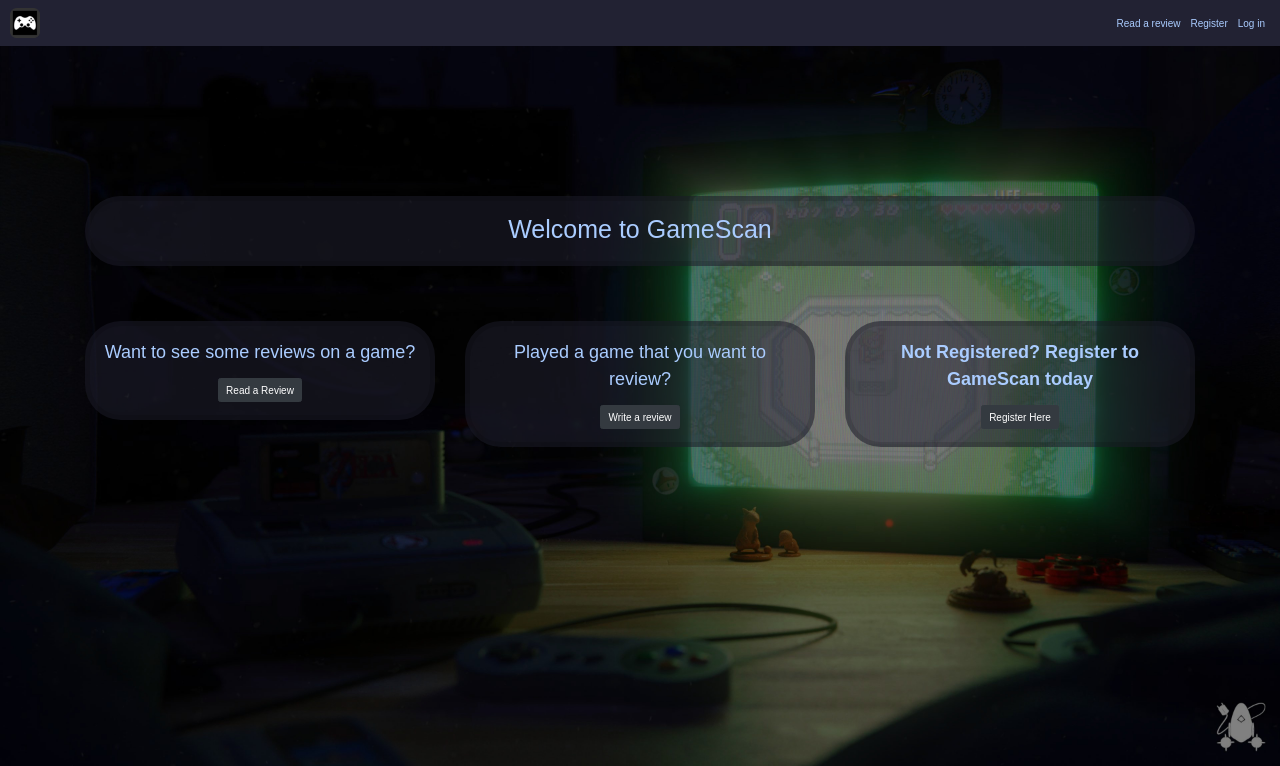
Repository: amit238/milestone-project-3
Page: http://localhost/
The author's editor kept a record of every edit. The page is drawn from the files as they stood at one moment, then again after the next edit.
The browser window is 1280 px wide. The pictures show the whole page.
Some web libraries are served in a nearby version. The page is served by the project's application, run on Flask 3 (app.py). Other server files are loaded and not shown.

Above is the page before.

### templates/index.html
{% extends "base.html" %} {% block nav_index %}active{% endblock %} {% block content %}
<div class="background">
    <div class="container fade-in">
        <div class="row">
            <div class="col-12 homepage">
                <div class="card homepage-card">
                    <div class="card-body">
                        <h1 class="welcome">Welcome to GameScan</h1>
                    </div>
                </div>
            </div>
        </div>
        <div class="row padding-text-align">
            <div class="col-12 col-lg-4">
                <div class="card homepage-card">
                    <div class="card-body">
                        <p>Want to see some reviews on a game?</p>
                        <button href="{{ url_for('reviews') }}" type="button" class="btn btn-dark">Read a Review</button>
                    </div>
                </div>
            </div>
            <div class="col-12 col-lg-4">
                <div class="card homepage-card">
                    <div class="card-body">
                        <p>Played a game that you want to review?</p>
                        <button href="{{ url_for('addreview') }}" type="button" class="btn btn-dark">Write a review </button>
                    </div>
                </div>
            </div>
            <div class="col-12 col-lg-4">
                <div class="card homepage-card">
                    <div class="card-body">
                        <p><strong>Not Registered? Register to GameScan today</strong></p>
                        <button href="{{ url_for('register') }}" type="button" class="btn btn-dark">Register Here</button>
                    </div>
                </div>
            </div>
        </div>
        {% endblock %}

### templates/base.html
<!DOCTYPE html>
<html lang="en">

<head>
  <meta charset="UTF-8">
  <meta name="viewport" content="width=device-width, initial-scale=1.0">
  <meta http-equiv="X-UA-Compatible" content="ie=edge"> {% if title %}
  <title>GameScan - {{ title }} </title>
  {% else %}
  <title>Welcome to GameScan!</title>
  {% endif %}
  <link rel="stylesheet" href="https://maxcdn.bootstrapcdn.com/bootstrap/4.2.1/css/bootstrap.min.css" type="text/css" />
  <link rel="stylesheet" href="https://use.fontawesome.com/releases/v5.0.10/css/all.css" integrity="sha384-+d0P83n9kaQMCwj8F4RJB66tzIwOKmrdb46+porD/OvrJ+37WqIM7UoBtwHO6Nlg" crossorigin="anonymous">
  <link rel="stylesheet" href="{{url_for('static', filename='css/style.css')}}" type="text/css" />
  <link rel="shortcut icon" type="image/ico" href="{{ url_for('static', filename='img/favicon.ico') }}" />
</head>

<body>
  <header>
    <nav class="navbar navbar-expand-lg navbar-custom bg-custom ">
      <a class="navbar-brand" href="{{ url_for('index') }}">
       <img src="{{ url_for('static', filename='img/favicon.ico') }}" width="30" height="30" alt="">
  </a>
      <button class="navbar-toggler" type="button" data-toggle="collapse" data-target="#navbarNavAltMarkup" aria-controls="navbarNavAltMarkup" aria-expanded="false" aria-label="Toggle navigation">
    <span class="navbar-toggler-icon"></span>
  </button>
      <div class="collapse navbar-collapse" id="navbarNavAltMarkup">
        <div class="navbar-nav ml-auto">
          {% if session['logged_in'] == True %}
          <a class="nav-item nav-link" href="{{ url_for('reviews') }}">Read a review</a>
          <a class="nav-item nav-link" href="{{ url_for('addreview') }}">Write a review</a>
          <a class="nav-item nav-link" href="{{ url_for('logout') }}">Sign Out</a>
          {% else %}
          <a class="nav-item nav-link" href="{{ url_for('reviews') }}">Read a review</a>
          <a class="nav-item nav-link" href="{{ url_for('register') }}">Register</a>
          <a class="nav-item nav-link" href="{{ url_for('login') }}">Log in</a>
          {% endif %}
        </div>
      </div>
    </nav>
    {% block content %} {% endblock %}
  </header>
  <script src="https://code.jquery.com/jquery-3.5.1.js" integrity="sha256-QWo7LDvxbWT2tbbQ97B53yJnYU3WhH/C8ycbRAkjPDc=" crossorigin="anonymous"></script>
  <script src="https://cdnjs.cloudflare.com/ajax/libs/popper.js/1.14.6/umd/popper.min.js" integrity="sha384-wHAiFfRlMFy6i5SRaxvfOCifBUQy1xHdJ/yoi7FRNXMRBu5WHdZYu1hA6ZOblgut" crossorigin="anonymous"></script>
  <script src="https://stackpath.bootstrapcdn.com/bootstrap/4.2.1/js/bootstrap.min.js" integrity="sha384-B0UglyR+jN6CkvvICOB2joaf5I4l3gm9GU6Hc1og6Ls7i6U/mkkaduKaBhlAXv9k" crossorigin="anonymous"></script>
</body>

</html>

### app.py
import os
if os.path.exists("env.py"):
  import env
from flask import Flask, render_template, redirect, request, url_for, flash, session
from forms import LoginForm, RegisterForm, ReviewGameForm
from flask_pymongo import PyMongo
from bson.objectid import ObjectId
import bcrypt

app = Flask(__name__)
app.config["MONGO_DBNAME"] = 'game_scan'
app.config["MONGO_URI"] = os.environ.get('MONGO_URI')

mongo = PyMongo(app)

SECRET_KEY = os.urandom(32)
app.config['SECRET_KEY'] = SECRET_KEY



@app.route('/reviews')
def reviews():
    return render_template('reviews.html', title="Read a review!", game_reviews=mongo.db.game_reviews.find())







@app.route('/')
def index():
    return render_template('index.html', title="Home")






# Adding Log in

@app.route('/login', methods=['GET', 'POST'])
def login():
    """Login handler"""
    if session.get('logged_in'):
        if session['logged_in'] is True:
            return redirect(url_for('index', title="Log In"))

    form = LoginForm()

    if form.validate_on_submit():
        # get all users
        users = mongo.db.users
        # try and get one with same name as entered
        db_user = users.find_one({'name': request.form['username']})

        if db_user:
            # check password using hashing
            if bcrypt.hashpw(request.form['password'].encode('utf-8'),
                             db_user['password']) == db_user['password']:
                session['username'] = request.form['username']
                session['logged_in'] = True
                # successful redirect to home logged in
                return redirect(url_for('index', title="Sign In", form=form))
            # must have failed set flash message
            flash('Invalid username/password combination')
    return render_template("login.html", title="Sign In", form=form)





@app.route('/logout')
def logout():
    """Clears session and redirects to home"""
    session.clear()
    return redirect(url_for('index'))





# Adding in Register form

@app.route('/register', methods=['GET', 'POST'])
def register():
    """Handles registration functionality"""
    form = RegisterForm(request.form)
    if form.validate_on_submit():
        # get all the users
        users = mongo.db.users
        # see if we already have the entered username
        existing_user = users.find_one({'name': request.form['username']})

        if existing_user is None:
            # hash the entered password
            hash_pass = bcrypt.hashpw(request.form['password'].encode('utf-8'), bcrypt.gensalt())
            # insert the user to DB
            users.insert_one({'name': request.form['username'],
                          'password': hash_pass,
                          'email': request.form['email']})
            session['username'] = request.form['username']
            return redirect(url_for('index'))
        # duplcate username set flash message and reload page
        flash('Sorry, that username is already taken - use another')
        return redirect(url_for('register'))
    return render_template('register.html', title='Register', form=form)





# Adding a review

@app.route('/addreview', methods=['GET', 'POST'])
def addreview():

   # If user is not logged in a message will appear

    if 'logged_in' not in session:
        flash('To add a review you need to sign in', 'warning')
        return redirect(url_for('login'))

   # If form submits successfully

    form = ReviewGameForm(request.form)
    if request.method == 'POST':
        game_reviews=mongo.db.game_reviews
        print('inside')
        print('rating:' + request.form['rating'])
        # import pdb; pdb.set_trace()
        # add form content to db as a new record
        game_reviews.insert_one({
            'user_created': session['username'],
            'name': request.form['name'],
            'genre': request.form['genre'],
            'rating': request.form['rating'],
            'description': request.form['description'],
            })

        flash('Your Review has been added ', 'success')

        # send to my reviews template on successful add
        return redirect(url_for('reviews'))

    return render_template('addreview.html', form=form,
                           title='Add a Review')





# Editing a review

@app.route('/editreview/<id>', methods=['GET', 'POST'])
def editreview(id):

    # Users can edit a review if logged in

    if 'logged_in' not in session:
        # if a user trys to go to edit review without been logged in

        flash('You will need to log in to edit a review', 'warning')
        return redirect(url_for('login'))  # sending to log in

    one_review = mongo.db.game_reviews.find_one({'_id': ObjectId(id)})
    # retrieving record from db

    # if a user trys to go to edit review that they don't own
    if one_review['user_created'] != session['user_created']:
        flash('You do  not own this review and cannot edit it. ',
              'warning')
        return redirect(url_for('login'))  # sending to log in

    form = ReviewGameForm(data=one_review)

    if form.validate_on_submit():  # if form submits successfully
        game_reviews = mongo.db.game_reviews


        # add form content to db as a new record
        game_reviews.update_one({'_id': ObjectId(id)}, {'$set': {
            'name': request.form['name'],
            'genre': request.form['genre'],
            'rating': request.form['rating'],
            'description': request.form['description'],
            }})

        flash('Your review has been updated!', 'success')

        # send to my review template on successful addupdate
        return redirect(url_for('reviews', id=id))

    return render_template('editreview.html', form=form,
                           title='Edit a  Review')


# Delete a review

# If user is logged in and wants to delete a review

@app.route('/delete/<id>', methods=['GET', 'POST'])
def deletereview(id):

    if 'logged_in' not in session:

        flash('You need to log in to delete a review', 'warning')
        return redirect(url_for('login'))  # sending to log in

    # retrieving record from db

    # if a user trys to go to edit review that they don't own
    one_review = mongo.db.reviews.find_one({'_id': ObjectId(id)})

    # retrieving record from db

    # if a user trys to go to edit review that they don't own
    if one_review['username'] != session['username']:
        flash('You do not own this review and cannot delete it.' +
              ' A user can only edit or delete their own reviews',
              'warning')

        return redirect(url_for('index'))  # sending to log in

    flash("You have successfully deleted your review.",
          'warning')
    mongo.db.reviews.delete_one({'_id': ObjectId(id)})
    return redirect(url_for('index'))


if __name__ == '__main__':
    app.run(host=os.environ.get('IP'),
            port=int(os.environ.get('PORT')),
            debug=True)

### static/css/style.css
html {
  font-size: 10px;
}

body {
  padding: 0;
  margin: 0;
  background-color: #222233;
  font-family: 'Poppins', sans-serif;
  ;
}

/*----Navbar----*/

.bg-custom {
  background-color: #222233;
}

.nav-item {
  color: #aaccff;
}

/*----Homepage----*/

.padding-text-align {
  padding-top: 5em;
  text-align: center;
}

.homepage-card {
  font-size: large;
  background-color: rgba(34, 34, 51, 0.5);
  border-radius: 2em;
  border-width: thick;
  animation: fade-cards-in 2s ease-out;
  margin-bottom: 5px;
  color: #AACCFF
}

@keyframes fade-cards-in {
  0% {
    opacity: .5;
    transform: translateY(30px);
  }
  80% {
    transform: translateY(3px);
  }
  100% {
    opacity: 1;
    transform: translate(0);
  }
}

.background {
  background-image: url('../img/night.jpg');
  background-color: #222233;
  background-size: cover;
  background-repeat: no-repeat;
  height: 100vh;
}

.homepage {
  padding-top: 15em;
  text-align: center;
}

/*----Add Review----*/

/*-some css also in reviews.html to stop repeating-*/

.form-bg {
  background-color: #222233;
  margin-top: 2em;
}

.form-text {
  color: #AACCFF;
  font-size: 1.4rem;
  border-width: thick;
}

.form-btn {
  text-align: center;
  background-color: #222233;
}

.center-header {
  text-align: center;
}

/*----Reviews----*/

.center {
  text-align: center;
  border-width: thick;
}

.description {
  margin-top: 2em;
  text-align: left;
}

.review-title {
  font-weight: 100;
}


/*----Register----*/

/*-some css also in login.html to stop repeating-*/

.color-center {
  color: #AACCFF;
  text-align: center;
}

.padding-top {
  padding-top: 1em;
}


.border-box {
  border-radius: 1rem;
}

After the next edit:
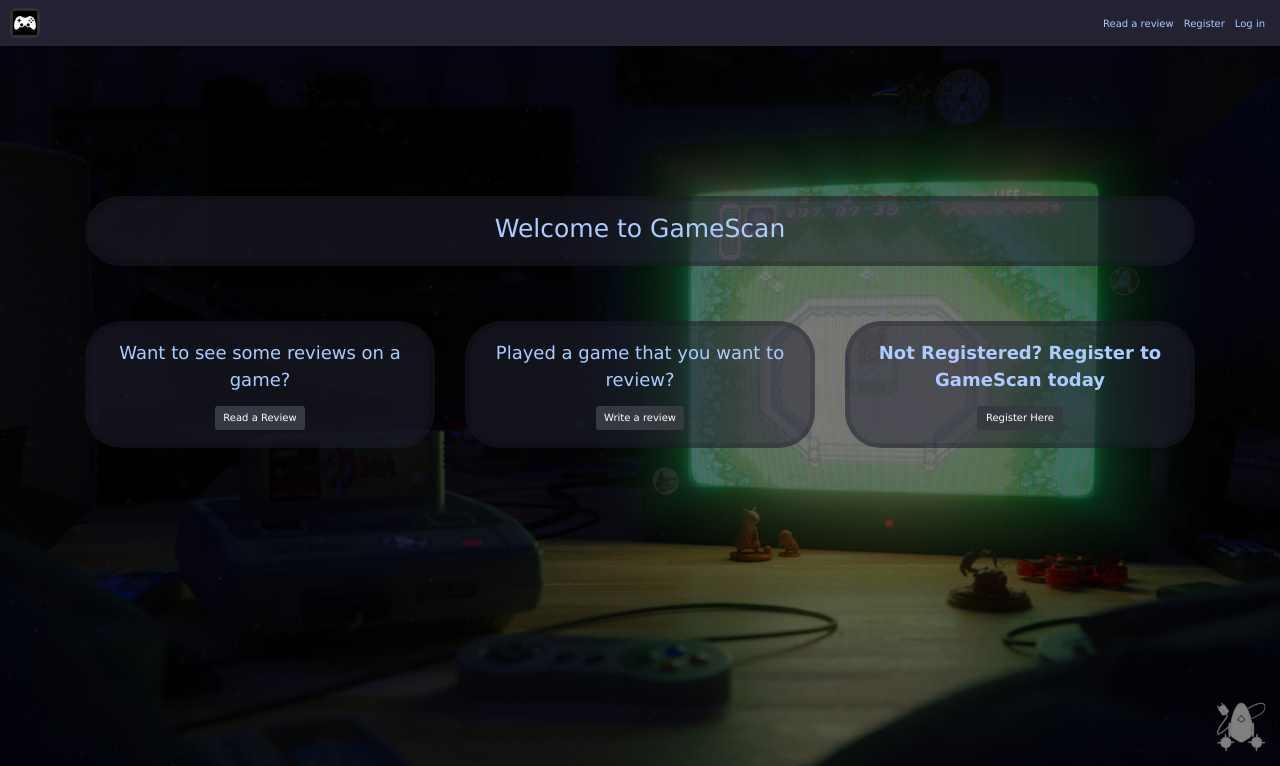
The edit:
--- a/static/css/style.css
+++ b/static/css/style.css
@@ -6,7 +6,7 @@
   padding: 0;
   margin: 0;
   background-color: #222233;
-  font-family: 'Poppins', sans-serif;
+  font-family: "Lucida Sans Unicode", "Lucida Grande", sans-serif;
   ;
 }
 
